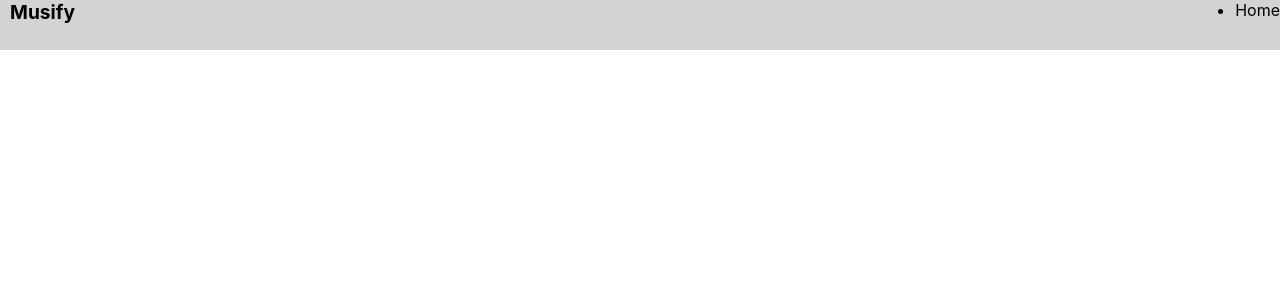
Repository: yuqiant/musify
Page: / (app in musify/)
An editor plug-in stored every save of this project. The page is shown before and after the next save, followed by the edit.
The browser window is 1280 px wide. The pictures show the whole page.
The project was rebuilt for these pictures with package versions that can differ from the ones it lists, and the page was loaded fresh each time. Also part of the build but not shown: musify/src/App.css, musify/src/home/index.js.

Above is the page before, as saved 2023-11-30 00:53:06.

### musify/src/index.js
import React from 'react';
import ReactDOM from 'react-dom/client';
import './index.css';
import App from './App';
import Home from './home';
import reportWebVitals from './reportWebVitals';

const root = ReactDOM.createRoot(document.getElementById('root'));
root.render(

  <React.StrictMode>
    <App />
  </React.StrictMode>
);

// If you want to start measuring performance in your app, pass a function
// to log results (for example: reportWebVitals(console.log))
// or send to an analytics endpoint. Learn more: https://bit.ly/CRA-vitals
reportWebVitals();

### musify/src/App.js
import logo from './logo.svg';
import './App.css';
import Navbar from './navbar';

function App() {
  // return (
  //   <div className="App">
  //     <header className="App-header">
  //       <img src={logo} className="App-logo" alt="logo" />
  //       <p>
  //         Edit <code>src/App.js</code> and save to reload.
  //       </p>
  //       <a
  //         className="App-link"
  //         href="https://reactjs.org"
  //         target="_blank"
  //         rel="noopener noreferrer"
  //       >
  //         Learn React
  //       </a>
  //     </header>
  //   </div>
  // );
  return (
    <div>
      <Navbar />
    </div>
  );

}

export default App;

### musify/src/navbar/index.js
// import React from "react";

// const Navbar = () => {
//     return (
//         <nav className="navbar navbar-expand-lg navbar-light bg-light">
//             <a className="navbar-brand" href="#">
//                 Navbar
//             </a>
//             <button
//                 className="navbar-toggler"
//                 type="button"
//                 data-toggle="collapse"
//                 data-target="#navbarNavDropdown"
//                 aria-controls="navbarNavDropdown"
//                 aria-expanded="false"
//                 aria-label="Toggle navigation"
//             >
//                 <span className="navbar-toggler-icon"></span>
//             </button>

//             <div className="collapse navbar-collapse" id="navbarNavDropdown">
//                 <ul className="navbar-nav">
//                     <li className="nav-item active">
//                         <a className="nav-link" href="#">
//                             Home <span className="sr-only">(current)</span>
//                         </a>
//                     </li>
//                     <li className="nav-item">
//                         <a className="nav-link" href="#">
//                             Features
//                         </a>
//                     </li>
//                     <li className="nav-item">
//                         <a className="nav-link" href="#">
//                             Pricing
//                         </a>
//                     </li>
//                     <li className="nav-item dropdown">
//                         <a
//                             className="nav-link dropdown-toggle"
//                             href="#"
//                             id="navbarDropdownMenuLink"
//                             data-toggle="dropdown"
//                             aria-haspopup="true"
//                             aria-expanded="false"
//                         >
//                             Dropdown link
//                         </a>
//                         <div
//                             className="dropdown-menu"
//                             aria-labelledby="navbarDropdownMenuLink"
//                         >
//                             <a className="dropdown-item" href="#">
//                                 Action
//                             </a>
//                             <a className="dropdown-item" href="#">
//                                 Another action
//                             </a>
//                             <a className="dropdown-item" href="#">
//                                 Something else here
//                             </a>
//                         </div>
//                     </li>
//                 </ul>
//             </div>
//         </nav>
//     );
// };

// export default Navbar;
// Navbar.js
import React from 'react';
// import { NavLink } from 'react-router-dom';
import './index.css';

const Navbar = () => {
    return (
        <nav className="wd-navigation">
            {/* <div className="nav-container"> */}
            {/* Logo 或者站点名称 */}
            {/* <NavLink exact to="/" className="nav-logo">
                    Recipe Roulette
                </NavLink> */}
            <p className="bold-left-align">Musify</p>

            {/* 导航链接 */}
            <ul className="nav-menu">
                <li className="nav-item">
                    {/* <NavLink exact to="/" activeClassName="active"> */}
                    Home
                    {/* </NavLink> */}
                </li>
                {/* 语言和注册/登录可以是下拉菜单或者额外的链接 */}
                {/* <li className="nav-item">
                        <NavLink to="/language" activeClassName="active">
                            Language
                        </NavLink>
                    </li>
                    <li className="nav-item">
                        <NavLink to="/signin" activeClassName="active">
                            Sign In/Up
                        </NavLink>
                    </li> */}
            </ul>
            {/* </div> */}
        </nav>
    );
};

export default Navbar;

### musify/src/home/index.css
/* Reset margin and padding to remove default browser styling */
* {
    margin: 0;
    padding: 0;
    box-sizing: border-box;
}

/* General App styling */
.App {
    text-align: center;
}

/* Navigation bar styling */
.App-nav {
    display: flex;
    justify-content: space-between;
    align-items: left;
    background-color: #282c34;
    padding: 1rem;
    color: white;
}

.App-nav h1 {
    font-size: 1.5rem;
}

.App-nav a {
    color: white;
    text-decoration: none;
    margin-left: 1rem;
}

.App-nav a:hover {
    text-decoration: underline;
}

/* Header and content styling */
.App-header {
    color: white;
    padding-top: 60px;
    /* Adjust this value as needed */
}

.App-logo {
    height: 40vmin;
    pointer-events: none;
}

.App-link {
    color: #61dafb;
}

.App-link:hover {
    color: #39a9db;
}

### musify/src/navbar/index.css
.wd-navigation {
    background-color: lightgray;
    list-style: none;
    padding: 0;
    margin: 0;
    width: 100%;
    /* Full width */
    display: flex;
    /* Align items in a row */
    justify-content: space-between;
    /* Even spacing */
    height: 50px;
}

.wd-navigation .list-group-item {
    display: inline-block;
    /* Make list items inline */
    border-radius: 0;
    /* Optional: removes border-radius */
}

.wd-navigation a {
    padding: 10px;
    margin-bottom: 0;
    /* Adjust for horizontal layout */
    font-size: 0.8em;
    text-align: center;
    background-color: black;
    border: none;
    display: block;
    /* Ensure proper alignment */
    color: white;
    /* Text color */
    text-decoration: none;
}

.wd-navigation a.active {
    background-color: white;
    color: red;
}

.wd-icon,
.wd-navigation a i {
    color: red;
    font-size: 2em;
    margin-bottom: 0;
    /* Adjust for horizontal layout */
}

.list-group-item {
    color: white;
    /* Set default text color to white */
    padding: 5px 10px;
}

.list-group-item.active {
    background-color: black;
    color: red;
}

/* Responsive adjustments (if needed) */
@media (max-width: 600px) {
    .wd-navigation a {
        padding: 5px;
        font-size: 0.6em;
    }
}

.bold-left-align {
    font-weight: bold;
    text-align: left;
    padding-left: 10px;
    font-size: 1.2em;
}

Loaded but not shown: musify/public/index.html (common file); musify/src/index.css (common file); musify/src/reportWebVitals.js (common file)

After the next save:
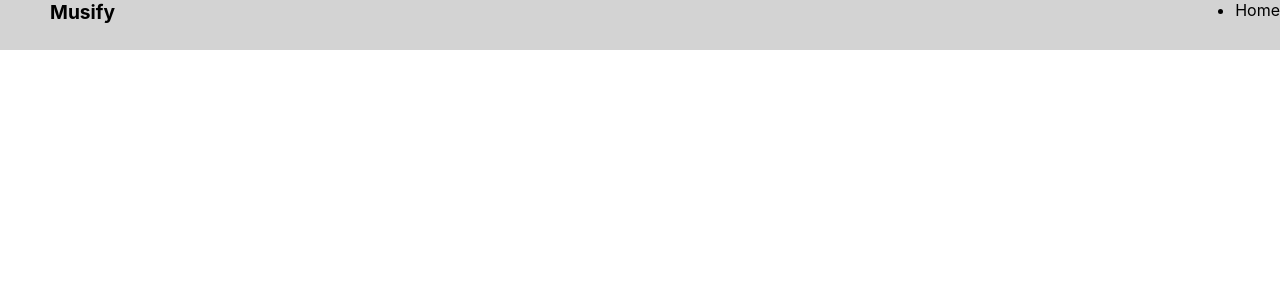
Saved 19 s later.
--- a/musify/src/navbar/index.css
+++ b/musify/src/navbar/index.css
@@ -69,6 +69,6 @@
 .bold-left-align {
     font-weight: bold;
     text-align: left;
-    padding-left: 10px;
+    padding-left: 50px;
     font-size: 1.2em;
 }
